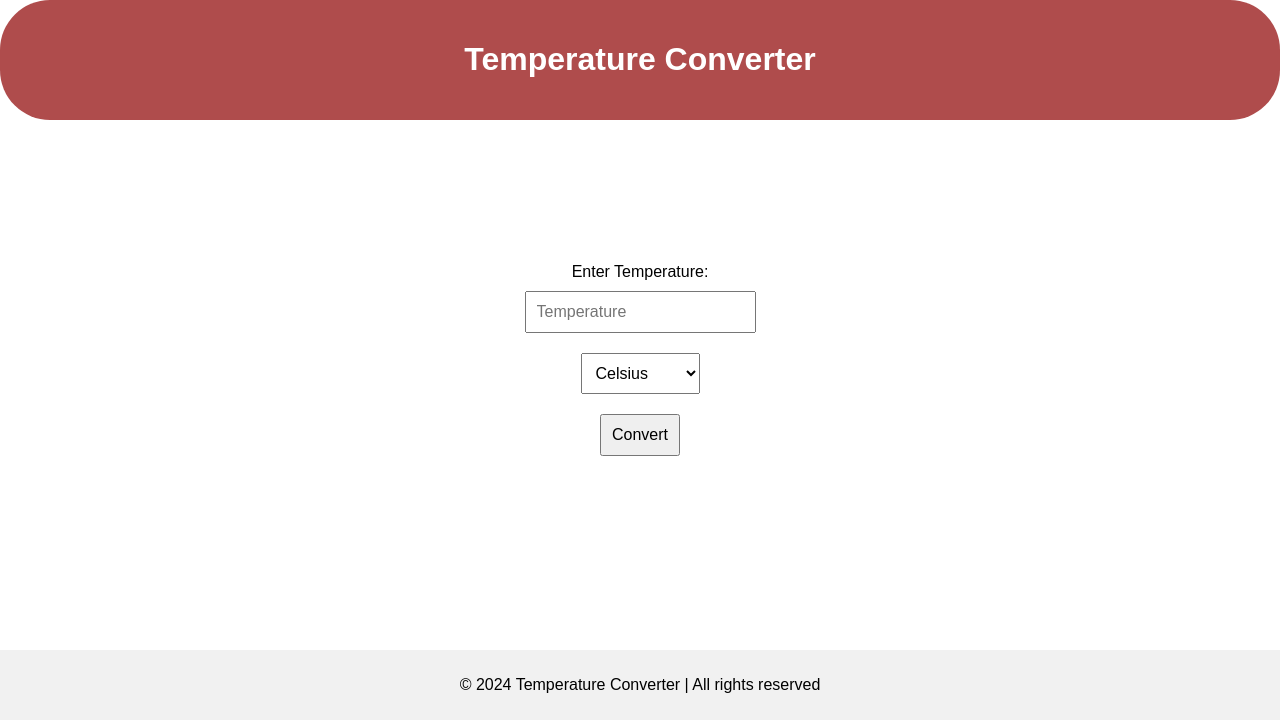
Repository: akhiranandan-04/Temperature-Converter
Page: index.html
These files come from the project's save history. The page is drawn as it stood at one moment and after the next save; the edit follows.
The browser window is 1280 px wide. The pictures show the whole page.

Above is the page before, as saved 2024-10-19 13:08:57.

### index.html
<!DOCTYPE html>
<html lang="en">
<head>
    <meta charset="UTF-8">
    <meta name="viewport" content="width=device-width, initial-scale=1.0">
    <title>Temperature Converter</title>
    <link rel="stylesheet" href="style.css">
</head>
<body>
    <header>
        <h1>Temperature Converter</h1>
    </header>

    <div class="converter">
        <label for="tempInput">Enter Temperature:</label>
        <input type="number" id="tempInput" placeholder="Temperature">

        <select id="tempType">
            <option value="C">Celsius</option>
            <option value="F">Fahrenheit</option>
        </select>

        <button onclick="convertTemp()">Convert</button>

        <p id="result"></p>
    </div>

    <footer>
        <p>&copy; 2024 Temperature Converter | All rights reserved</p>
    </footer>

    <script src="script.js"></script>
</body>
</html>

### style.css
body {
    font-family: Arial, sans-serif;
    display: flex;
    flex-direction: column;
    justify-content: space-between;
    min-height: 100vh;
    margin: 0;
}

header {
    text-align: center;
    background-color: #af4c4c;
    padding: 20px;
    color: white;
    border-radius: 50px;
}

.converter {
    display: flex;
    flex-direction: column;
    align-items: center;
    justify-content: center;
    flex: 1;
    background-color:white;
}

.converter input, .converter select, .converter button {
    margin: 10px;
    padding: 10px;
    font-size: 16px;
}

.converter p {
    font-size: 20px;
    font-weight: bold;
}

footer {
    text-align: center;
    padding: 10px;
    background-color: #f1f1f1;
}

### script.js
function convertTemp() {
    let temp = document.getElementById('tempInput').value;
    let tempType = document.getElementById('tempType').value;
    let resultText = '';

    if (temp === '') {
        resultText = 'Please enter a temperature!';
    } else {
        temp = parseFloat(temp);
        if (tempType === 'C') {
            // Celsius to Fahrenheit
            let convertedTemp = (temp * 9/5) + 32;
            resultText = `${temp}°C is ${convertedTemp.toFixed(2)}°F`;
        } else if (tempType === 'F') {
            // Fahrenheit to Celsius
            let convertedTemp = (temp - 32) * 5/9;
            resultText = `${temp}°F is ${convertedTemp.toFixed(2)}°C`;
        }
    }

    document.getElementById('result').innerText = resultText;
}

After the next save:
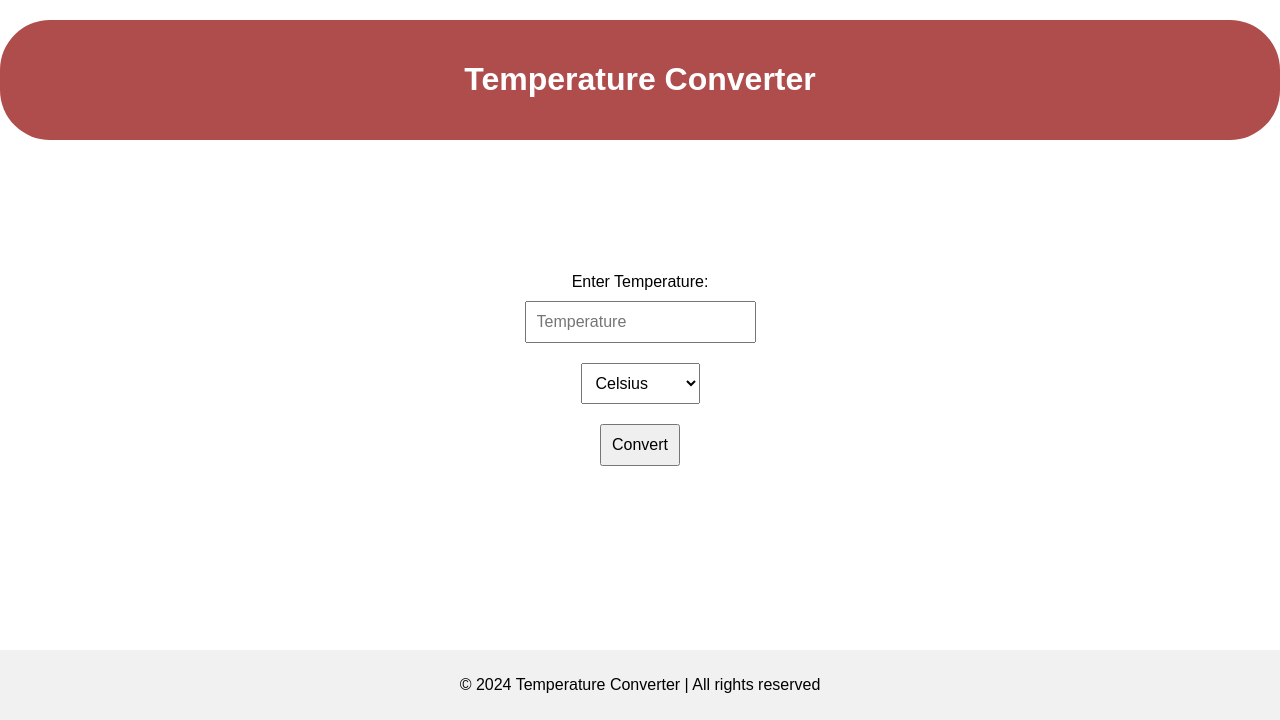
Saved 17 s later.
--- a/style.css
+++ b/style.css
@@ -13,6 +13,7 @@ header {
     padding: 20px;
     color: white;
     border-radius: 50px;
+    margin-top: 20px;
 }
 
 .converter {
